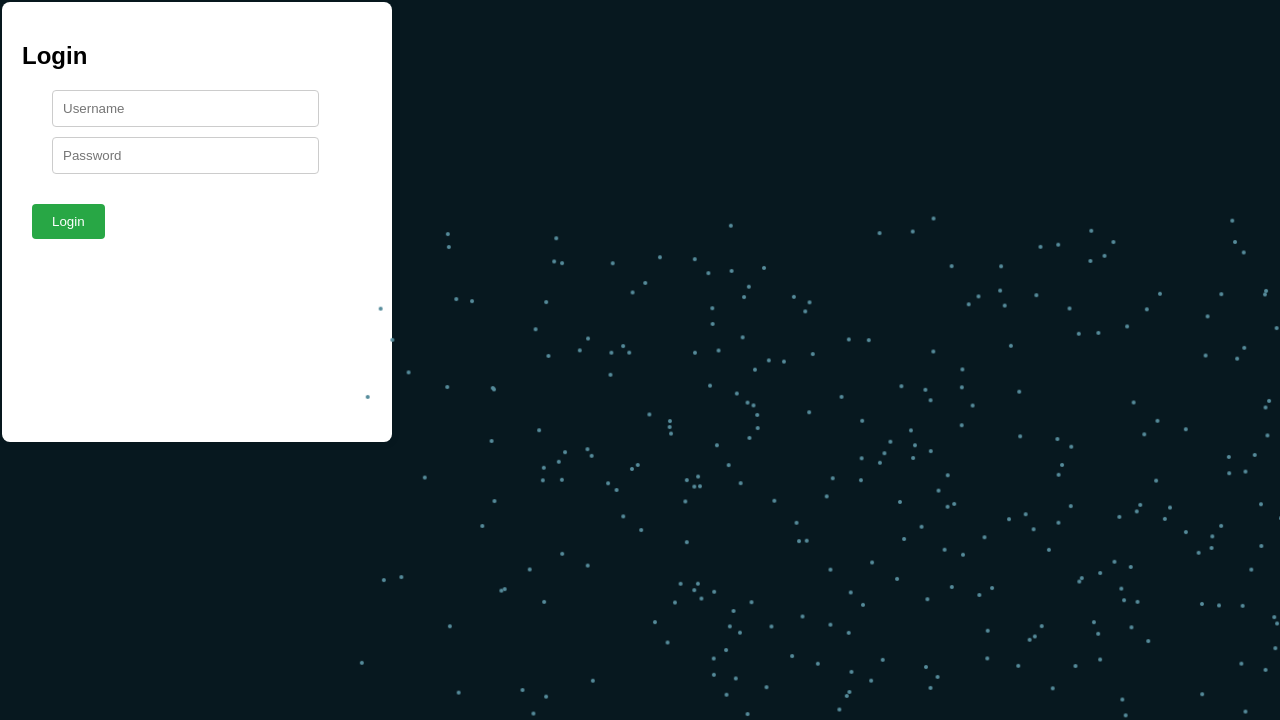
Repository: Anadi-Chauhan/Mentorship-binarybuddy
Page: login.html
These files come from the project's save history. The page is drawn as it stood at one moment and after the next save; the edit follows.
The browser window is 1280 px wide. The pictures show the whole page.

Above is the page before, as saved 2024-10-19 10:21:09.

After the next save:
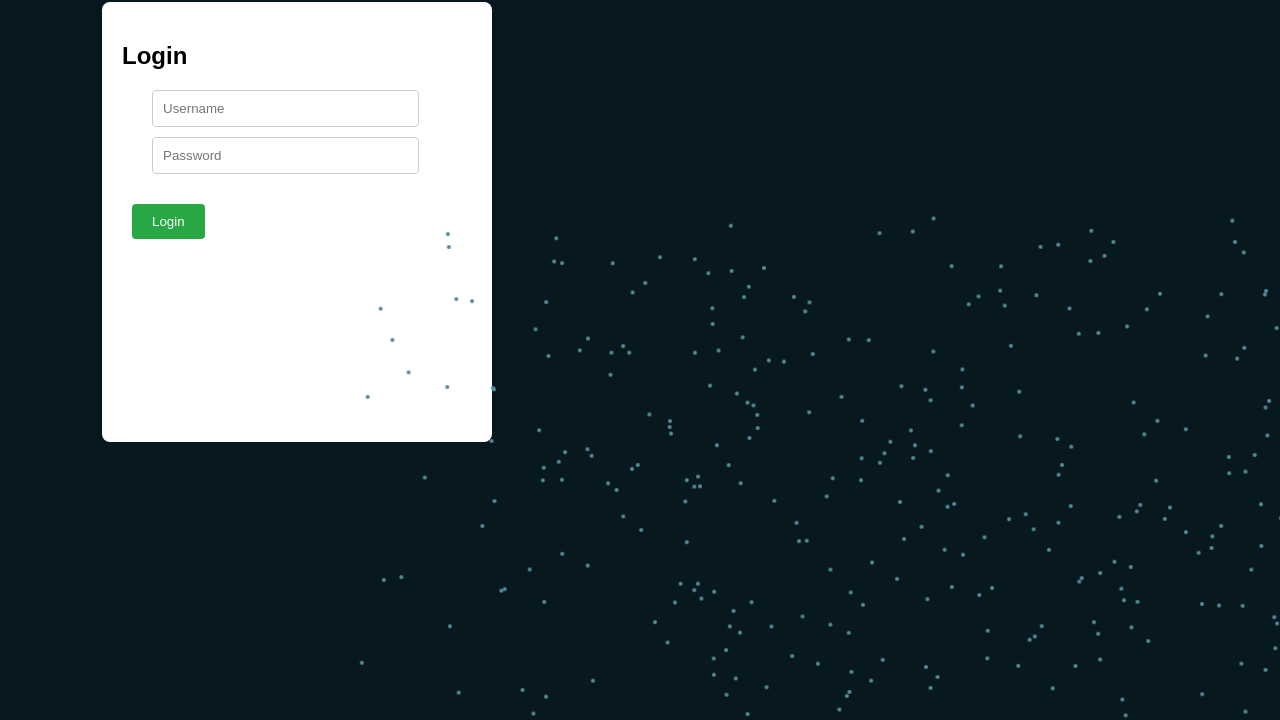
Saved 5 s later.
--- a/login.css
+++ b/login.css
@@ -12,6 +12,7 @@ body {
 
 .container {
     background-color: white;
+    margin-left: 100px;
     z-index: 10;
     width: 350px;
     height: 400px;
